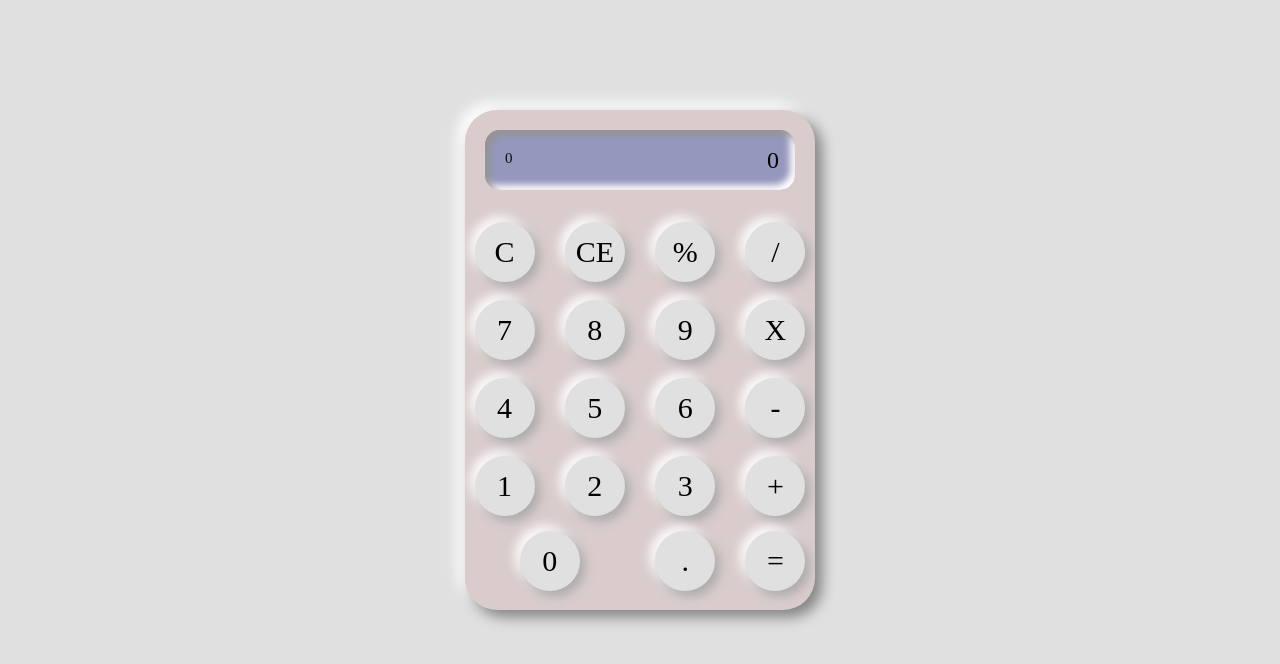
Repository: Goldmyn/Calculator
Page: index.html
These files come from the project's save history. The page is drawn as it stood at one moment and after a run of saves; the edit follows.
The browser window is 1280 px wide. The pictures show the whole page.

Above is the page before, as saved 2022-09-28 02:33:12.

### index.html
<!DOCTYPE html>
<html lang="en">
<head>
    <meta charset="UTF-8">
    <meta http-equiv="X-UA-Compatible" content="IE=edge">
    <meta name="viewport" content="width=device-width, initial-scale=1.0">
    <title>Calculator</title>
    <link rel="stylesheet" href="index.css">
</head>
<body>
    <header>

    </header>

    <section>
        <div class="container">
            <div class="calculator">
                <div class="display">
                    <div class="display_a">0</div>
                    <div class="border"> <div class="display-2">0</div> </div>
                </div>
                <div class="all_buttons">
                    <div class="button all_clear">C</div>
                    <div class="button last_entity_clear">CE</div>
                    <div class="button operation">%</div>
                    <div class="button operation">/</div>
                    <div class="button number">7</div>
                    <div class="button number">8</div>
                    <div class="button number">9</div>
                    <div class="button operation">X</div>
                    <div class="button number">4</div>
                    <div class="button number">5</div>
                    <div class="button number">6</div>
                    <div class="button operation">-</div>
                    <div class="button number">1</div>
                    <div class="button number">2</div>
                    <div class="button number">3</div>
                    <div class="button operation">+</div>
                    <div class="button btn-0 number">0</div>
                    <div class="button number dot">.</div>
                    <div class="button equal">=</div>
                </div>
            </div>
        </div>
    </section>
</body>
</html>

### index.css
* {
    padding: 0;
    margin: 0;
    box-sizing: border-box;
}
html {
    font-family: 'Gill Sans', 'Gill Sans MT', Calibri, 'Trebuchet MS', sans-serif';
}

section {
    background-color: #e0e0e0;
    min-height: 100vh;
    width: 100%;
    display: flex;
    align-items: center;
    justify-content: center;
}

.container {
    background-color: #e0e0e0;
    width: 90%;
    height: 500px;
    max-width: 350px;
    border-radius: 32px;
    background: #dacccc;
    box-shadow: 7px 7px 14px #828282, -7px -7px 14px #ffffff;
    overflow: hidden;
}

.display {
    height: 100px;
    width: 100%;
    text-align: right;
    padding: 20px;
    font-size: 30px;
    position: relative;
}

.display_a  {
    opacity: 0.9;
    font-size: 15px;
    height: 20px;
    overflow: hidden;
    position: absolute;
    bottom: 40px;
    left: 40px;
}

.border {
    background-color: aqua;
    height: 60px;
    width: 100%;
    padding-right: 1rem;
    display: flex;
    align-items: center;
    justify-content: flex-end;
    border-radius: 15px;
    background: #9597bd;
    font-size: 24px;
    box-shadow: inset 5px 5px 7px #949494 , inset -5px -5px 7px #ffffff;
}

.all_buttons {
    color: rgb(0, 0, 0);
    display: grid;
    grid-template:
        repeat(4, minmax(67px, 1fr))
        / repeat(4, minmax(50px, 1fr));
    gap: 0.7rem;
    transform: translateY(0.5rem);
    place-items: center;
}

.button {
    display: inline-block;
    height: 60px;
    width: 60px;
    display: flex;
    align-items: center;
    justify-content: center;
    font-size: 30px;
    cursor: pointer;
    border-radius: 100px;
    background: #e0e0e0;
    box-shadow: 5px 5px 11px #aaaaaa ,  -5px -5px 11px #ffffff;
}

.button:hover {
    background-color: rgb(30, 43, 46);
    color: white;
}

.btn-0 {
    grid-column: 1/3;
}

After the next 9 saves:
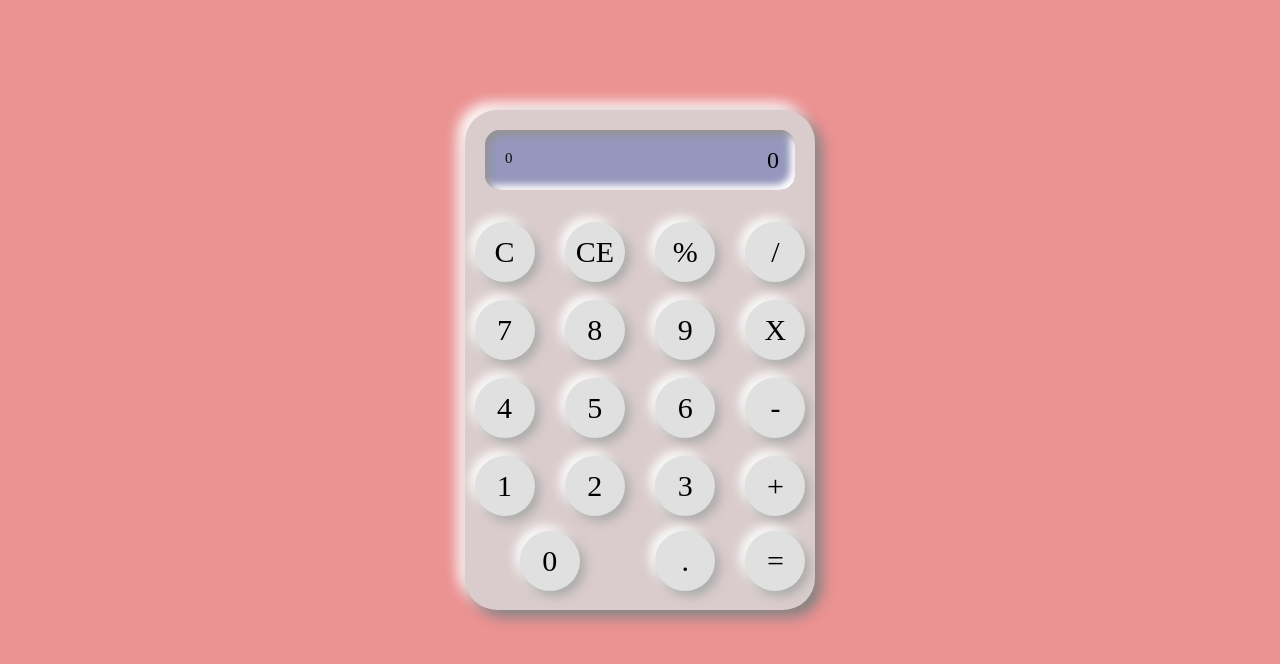
The 9 saves are shown as one change because they came seconds apart.
The last was saved 40 s later.
--- a/index.css
+++ b/index.css
@@ -8,7 +8,7 @@ html {
 }
 
 section {
-    background-color: #e0e0e0;
+    background-color: #eb9292;
     min-height: 100vh;
     width: 100%;
     display: flex;
